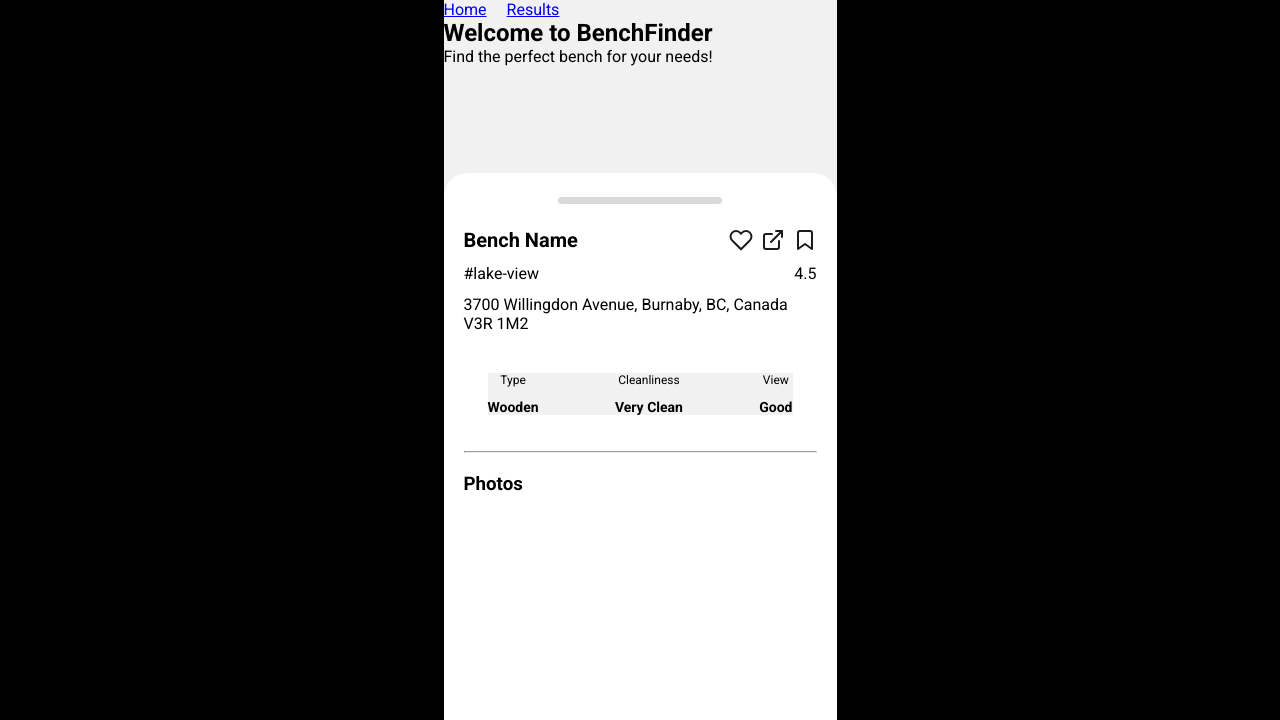
Repository: HidayatPatil/BenchFinder
Page: /
The author's editor kept a copy of each file at every save. The page is drawn from the files as they stood at one save, then again after the next save.
The browser window is 1280 px wide. The pictures show the whole page.
The project was rebuilt for these pictures with package versions that can differ from the ones it lists, and the page was loaded fresh each time. Also part of the build but not shown: vite.config.js, src/Results.jsx.

Above is the page before, as saved 2025-10-09 21:37:53.

After the next save:
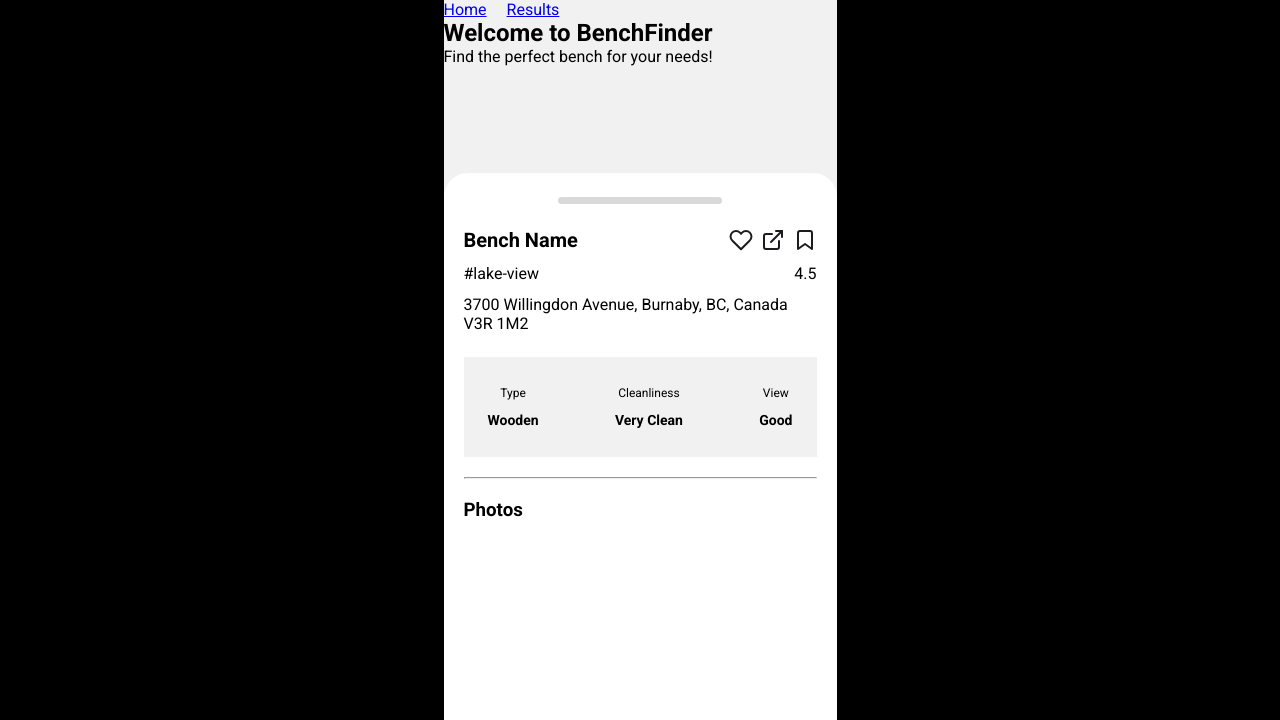
Saved 24 s later.
--- a/src/index.css
+++ b/src/index.css
@@ -105,8 +105,9 @@ body, html {
     justify-content: space-between;
     align-items: center;
     background-color: #F1F1F1;
-    margin: 16px 24px;
+    padding: 16px 24px;
     text-align: center;
+    height: 100px;
 
     .bench_overview_container {
         display: flex;
